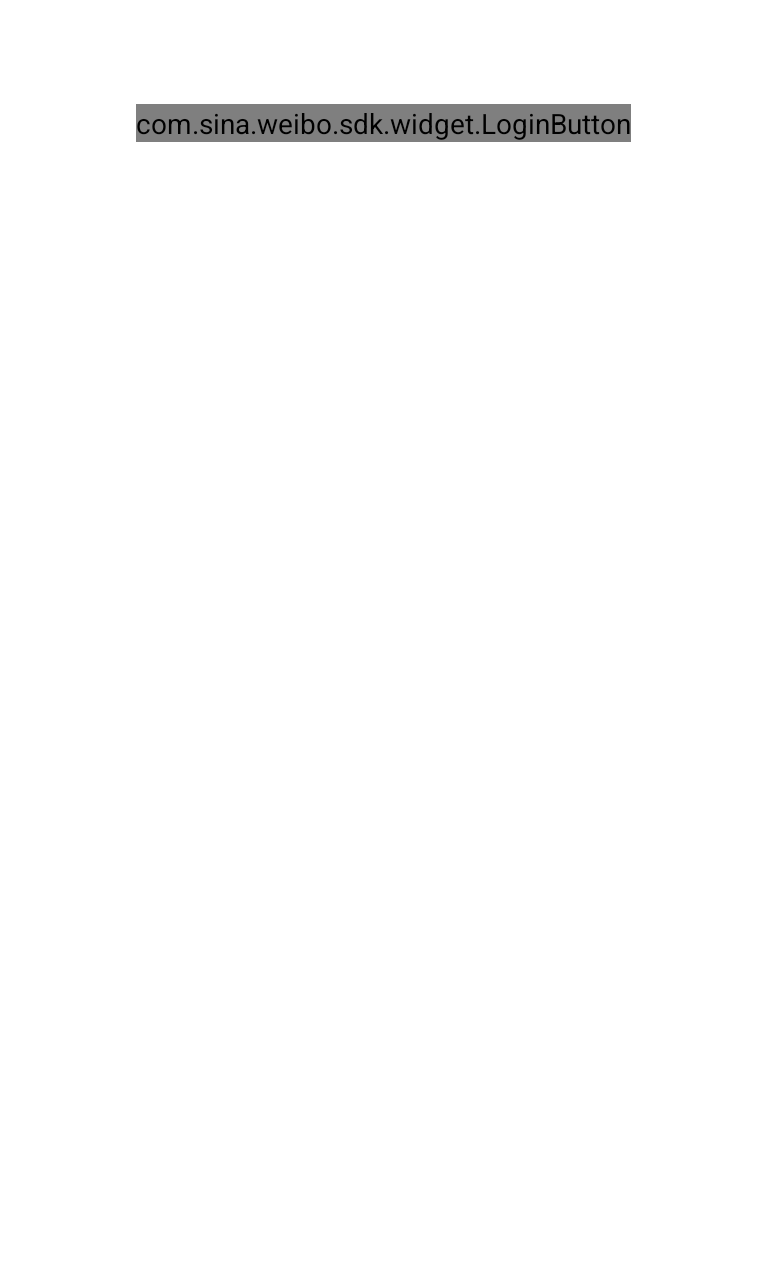
Repository: aojue/HappyAA
Layout: HappyAA/res/layout/activity_main.xml
These files come from the project's save history. The layout is drawn as it stood at one moment and after the next save; the edit follows.
Pictures or frames that could not be fetched are drawn as grey boxes. It is drawn on a 768 x 1280 px phone screen (xhdpi) without system bars, with theme AppTheme; the app's code is not run.

Above is the layout before, as saved 2014-10-24 08:35:04.

After the next save:
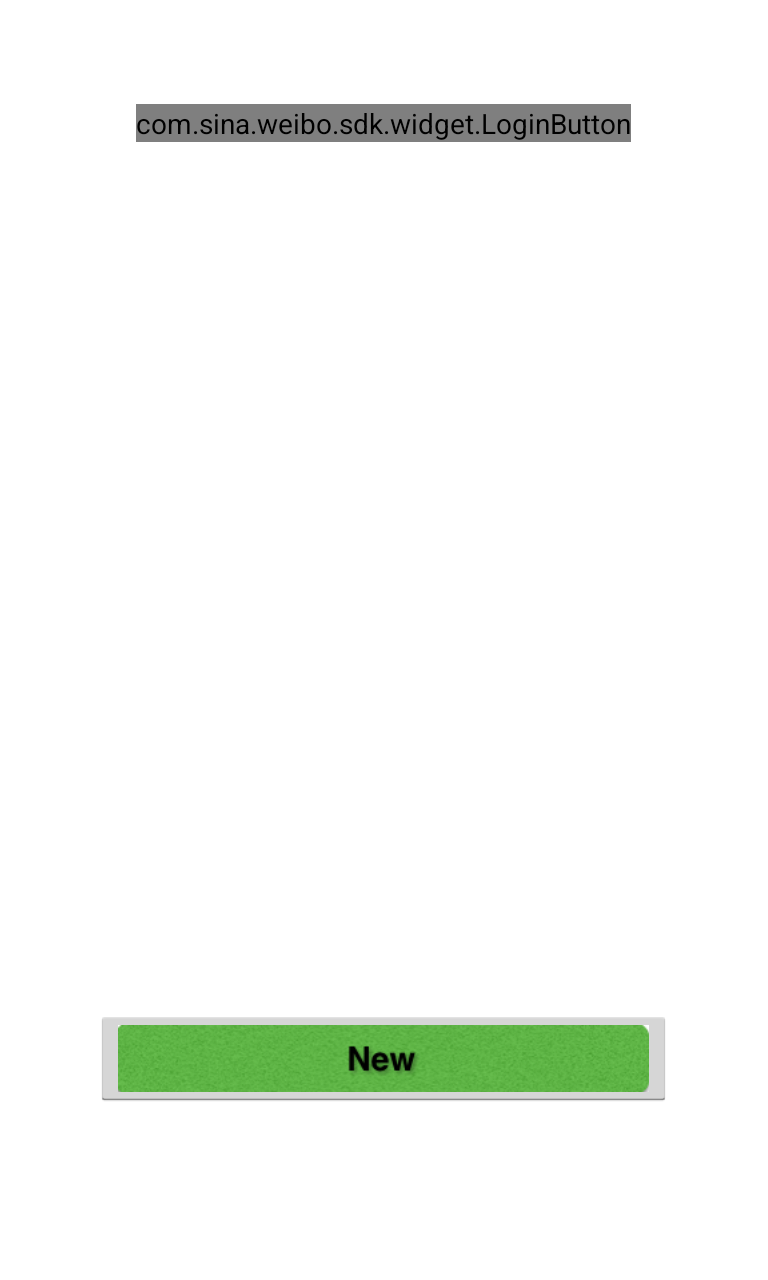
Saved 19 s later.
--- a/HappyAA/res/layout/activity_main.xml
+++ b/HappyAA/res/layout/activity_main.xml
@@ -17,4 +17,13 @@
         android:layout_marginTop="36dp"
        />
 
+    <ImageButton
+        android:id="@+id/imageButton1"
+        android:layout_width="wrap_content"
+        android:layout_height="wrap_content"
+        android:layout_alignParentBottom="true"
+        android:layout_centerHorizontal="true"
+        android:layout_marginBottom="70dp"
+        android:src="@drawable/ic_lb" />
+
 </RelativeLayout>
